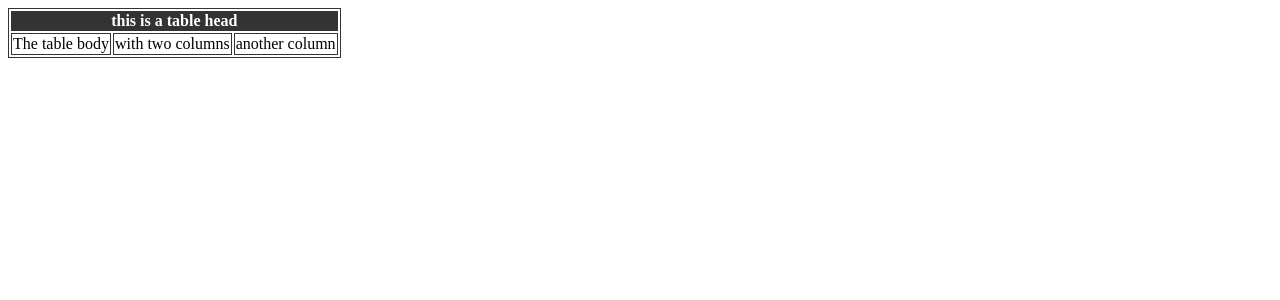
Repository: ishanbassi/trademark-gazette-searcher
Page: /
These files come from the project's save history. The page is drawn as it stood at one moment and after the next save; the edit follows.
The browser window is 1280 px wide. The pictures show the whole page.
The project was rebuilt for these pictures with package versions that can differ from the ones it lists, and the page was loaded fresh each time. The framework's server and built-in components were replaced by stand-ins that run in the browser. Also part of the build but not shown: next.config.js.

Above is the page before, as saved 2022-04-04 15:52:07.

After the next save:
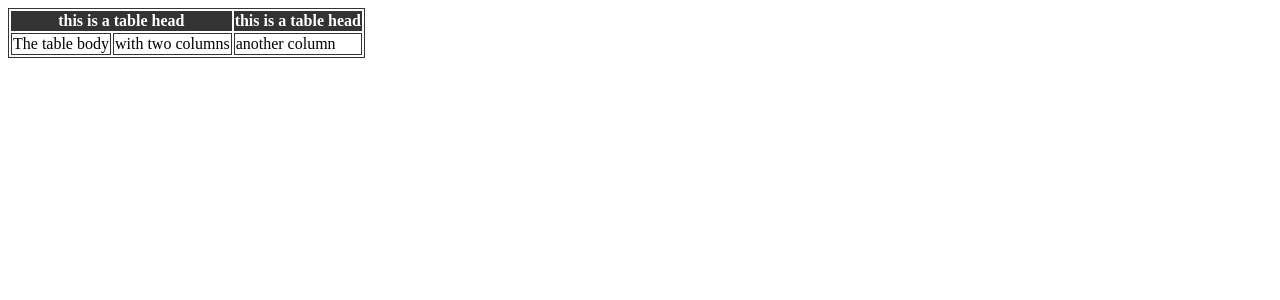
Saved 18 s later.
--- a/pages/index.tsx
+++ b/pages/index.tsx
@@ -5,7 +5,8 @@ export default function App() {
         <table>
             <thead>
                 <tr>
-                    <th colSpan={3}>this is a table head</th>
+                    <th colSpan={2}>this is a table head</th>
+                    <th colSpan={1}>this is a table head</th>
                 </tr>
             </thead>
             <tbody>
